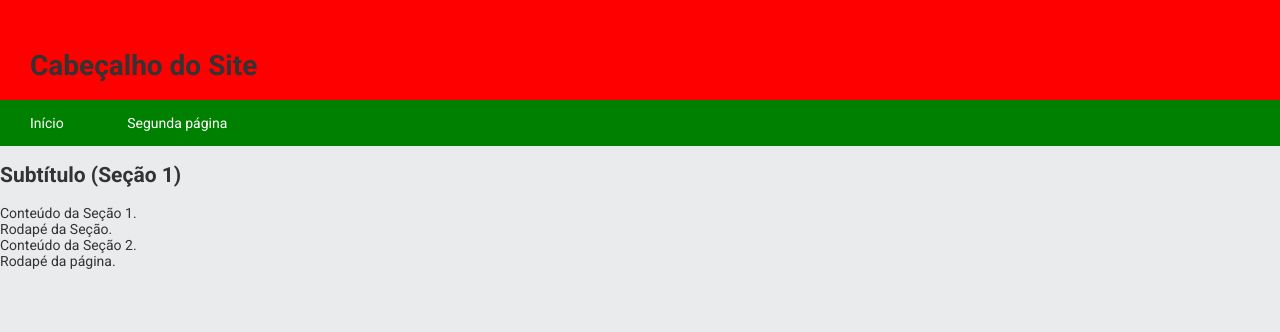
Repository: rrresck/pos_graduacao
Page: index.html
These files come from the project's save history. The page is drawn as it stood at one moment and after the next save; the edit follows.
The browser window is 1280 px wide. The pictures show the whole page.

Above is the page before, as saved 2023-05-04 11:16:55.

After the next save:
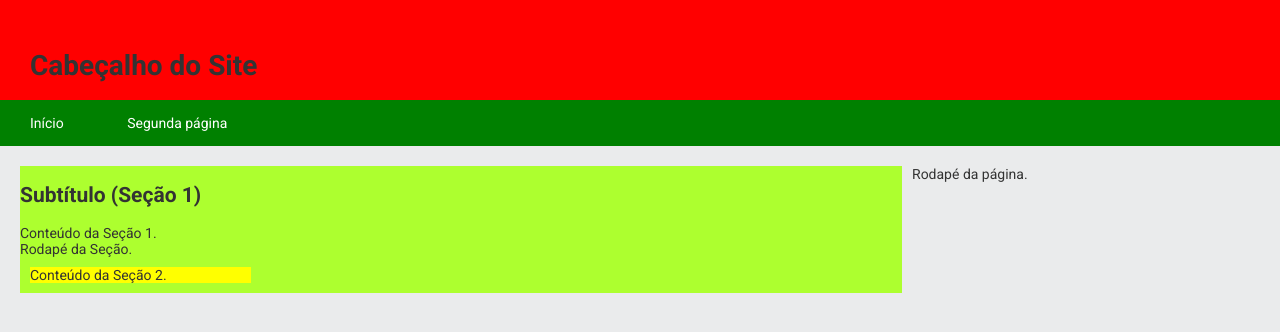
Saved 44 s later.
--- a/css/styles.css
+++ b/css/styles.css
@@ -46,3 +46,21 @@ body {
     background-color: white;
     color: black;
 }
+
+.row {
+    padding: 10px;
+}
+
+#secao1 {
+    float: left;
+    width: 70%;
+    background-color: greenyellow;
+    margin: 10px;
+}
+
+#secao2{
+    float: left;
+    width: 25%;
+    background-color: yellow;
+    margin: 10px;
+}
